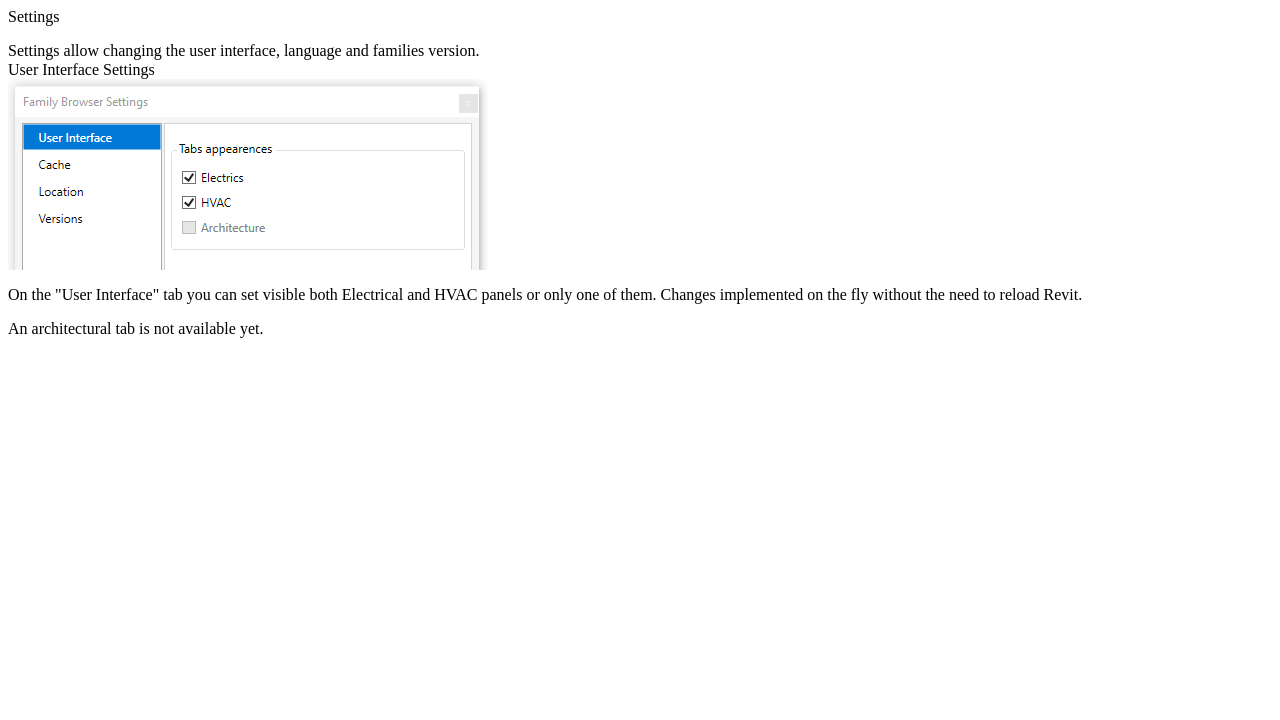
Repository: RomanLavrov/FamilyBrowserUserGuide
Page: http://localhost/FamilyBrowser/application/views/en/settings_view.php
These files come from the project's save history. The page is drawn as it stood at one moment and after the next save; the edit follows.
The browser window is 1280 px wide. The pictures show the whole page.
The page is run by PHP 8.4 with error messages shown; the project is at /var/www/html/.

Above is the page before, as saved 2019-10-23 15:38:39.

### FamilyBrowser/application/views/en/settings_view.php
<div class="article-header">Settings</div>
<div class="article-content" style="margin-bottom:-15px;">
      <p>
            Settings allow changing the user interface, language and families version.
      </p>
</div>

<div class="article-header">User Interface Settings</div>
<div class="article-content" style="margin-bottom:-15px;">
      <div class="row">
            <div class="col-md-5" style="min-width:480px">
                  <img style="margin-left:0" class="illustration" src="/FamilyBrowser/images/Tab_Settings_en.png" alt="" />
            </div>

            <div class="col-md-5">
                  <p>On the "User Interface" tab you can set visible both Electrical and HVAC panels or only one of them.
                        Changes implemented on the fly without the need to reload Revit. </p>
                  <p>An architectural tab is not available yet.</p>
            </div>
      </div>
</div>

After the next save:
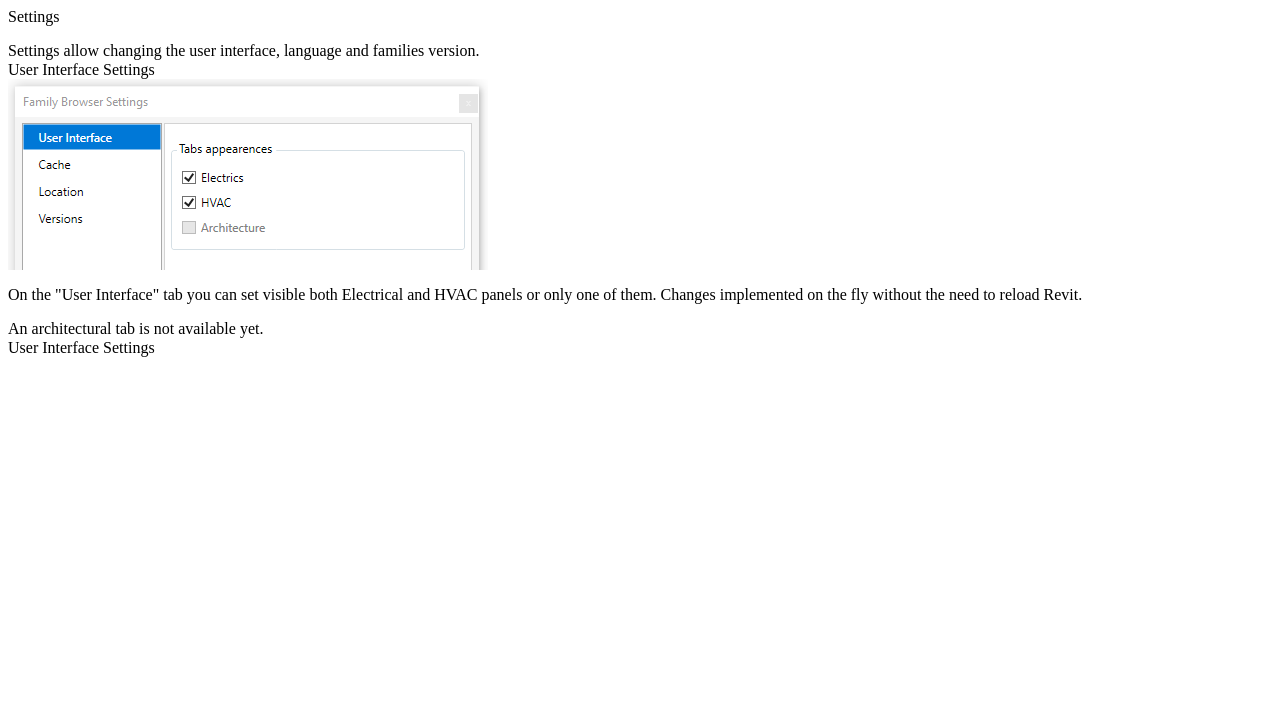
Saved 15 s later.
--- a/FamilyBrowser/application/views/en/settings_view.php
+++ b/FamilyBrowser/application/views/en/settings_view.php
@@ -19,3 +19,6 @@
             </div>
       </div>
 </div>
+
+<div class="article-header">User Interface Settings</div>
+<div class="article-content" style="margin-bottom:-15px;">
